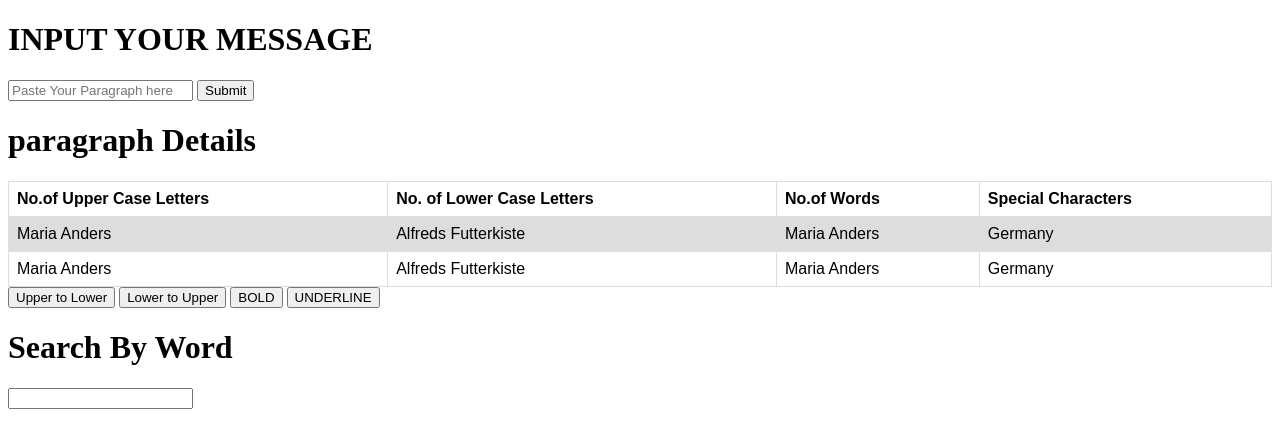
Repository: SharonSebastian32/Paragraph_management_application
Page: index.html
These files come from the project's save history. The page is drawn as it stood at one moment and after a run of saves; the edit follows.
The browser window is 1280 px wide. The pictures show the whole page.

Above is the page before, as saved 2024-08-22 14:38:56.

### index.html
<!DOCTYPE html>
<html lang="en">
  <head>
    <meta charset="UTF-8" />
    <meta name="viewport" content="width=device-width, initial-scale=1.0" />
    <title>Document</title>
    <link rel="stylesheet" href="./Style.css" />
  </head>
  <body>
    <div class="container">
      <h1>INPUT YOUR MESSAGE</h1>
      <form action="">
        <input
          type="textarea"
          name=""
          id=""
          placeholder="Paste Your Paragraph here"
        />
        <button>Submit</button>
      </form>
    </div>

    <div>
      <h1>paragraph Details</h1>
      <table>
        <tr>
          <th>No.of Upper Case Letters</th>
          <th>No. of Lower Case Letters</th>
          <th>No.of Words</th>
          <th>Special Characters</th>
        </tr>
        <tr>
          <td>Maria Anders</td>
          <td>Alfreds Futterkiste</td>
          <td>Maria Anders</td>
          <td>Germany</td>
        </tr>
        <tr>
          <td>Maria Anders</td>
          <td>Alfreds Futterkiste</td>
          <td>Maria Anders</td>
          <td>Germany</td>
        </tr>
      </table>
    </div>
    <div>
      <button>Upper to Lower</button>
      <button>Lower to Upper</button>
      <button>BOLD</button>
      <button>UNDERLINE</button>
    </div>
    <div> <h1>Search By Word</h1>
        <input type="text" name="" id="">
    </div>
  </body>
</html>

Loaded but not shown: Style.css (common file)

After the next 2 saves:
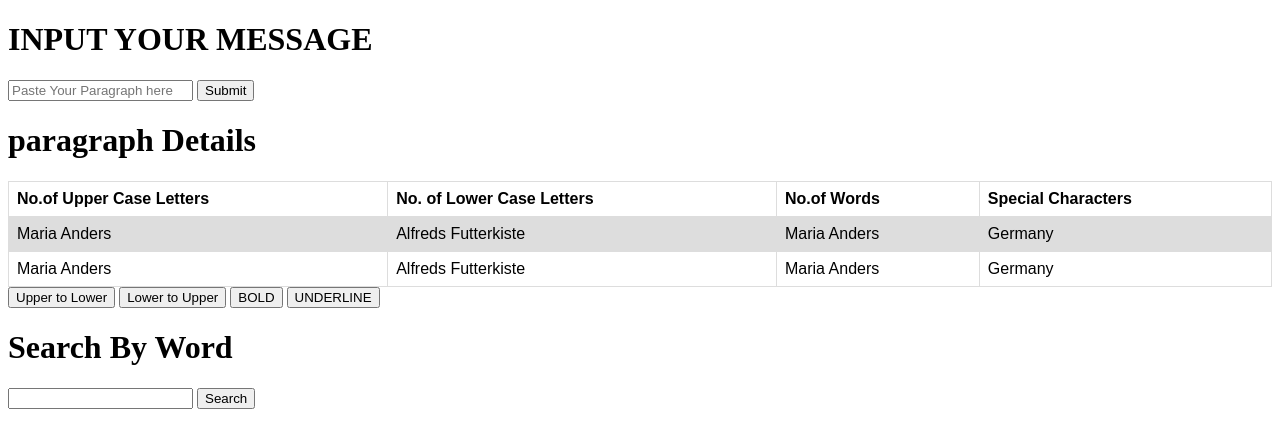
The 2 saves are shown as one change because they came seconds apart.
The last was saved 10 s later.
--- a/index.html
+++ b/index.html
@@ -51,6 +51,7 @@
     </div>
     <div> <h1>Search By Word</h1>
         <input type="text" name="" id="">
+        <button>Search</button>
     </div>
   </body>
 </html>
